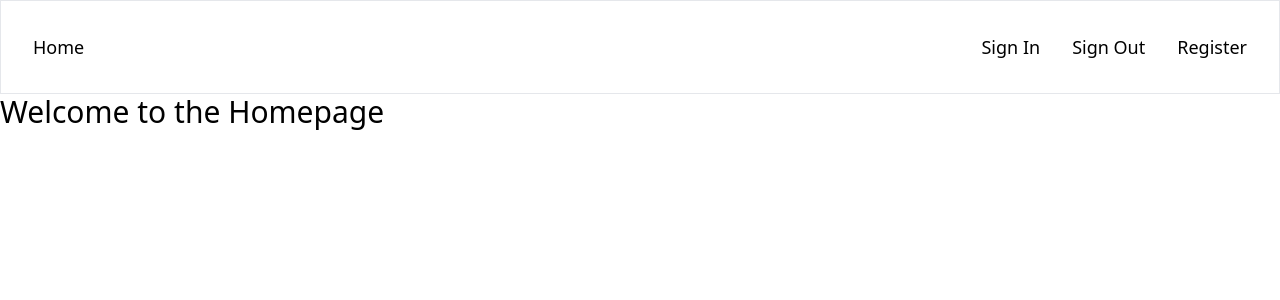
Repository: oderinde300/react-authentication-with-json-server
Page: /
The author's editor kept a copy of each file at every save. The page is drawn from the files as they stood at one save, then again after the next save.
The browser window is 1280 px wide. The pictures show the whole page.
The project was rebuilt for these pictures with package versions that can differ from the ones it lists, and the page was loaded fresh each time. Also part of the build but not shown: src/components/authentication/Login.jsx, src/pages/LoginPage.jsx.

Above is the page before, as saved 2023-03-22 12:30:00.

### src/App.js
import { Routes, Route } from "react-router-dom";
import HomePage from "./pages/HomePage";
import LoginPage from "./pages/LoginPage";

function App() {
  return (
    <div>
      <header>
        <nav className="border py-8 flex justify-between px-8 text-lg">
          <p>Home</p>
          <ul className="flex ">
            <li className="mx-4 text-lg">Sign In</li>
            <li className="mx-4 text-lg">Sign Out</li>
            <li className="ml-4 text-lg">Register</li>
          </ul>
        </nav>
      </header>
      <Routes>
        <Route path="/" element={<HomePage />} />
        <Route path="/login" element={<LoginPage />} />
      </Routes>
    </div>
  );
}

export default App;

### src/pages/HomePage.jsx
import React from "react";

const HomePage = () => {
  return (
    <div>
      <h1 className="text-3xl">Welcome to the Homepage</h1>
    </div>
  );
};

export default HomePage;

Loaded but not shown: public/index.html (common file); src/index.js (common file); src/index.css (common file); tailwind.config.js (common file)

After the next save:
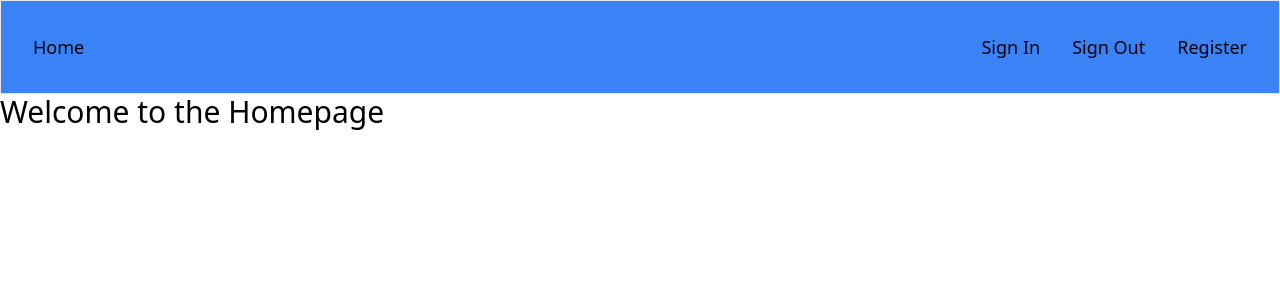
Saved 28 s later.
--- a/src/App.js
+++ b/src/App.js
@@ -6,7 +6,7 @@ function App() {
   return (
     <div>
       <header>
-        <nav className="border py-8 flex justify-between px-8 text-lg">
+        <nav className="border py-8 flex justify-between px-8 text-lg bg-blue-500">
           <p>Home</p>
           <ul className="flex ">
             <li className="mx-4 text-lg">Sign In</li>
